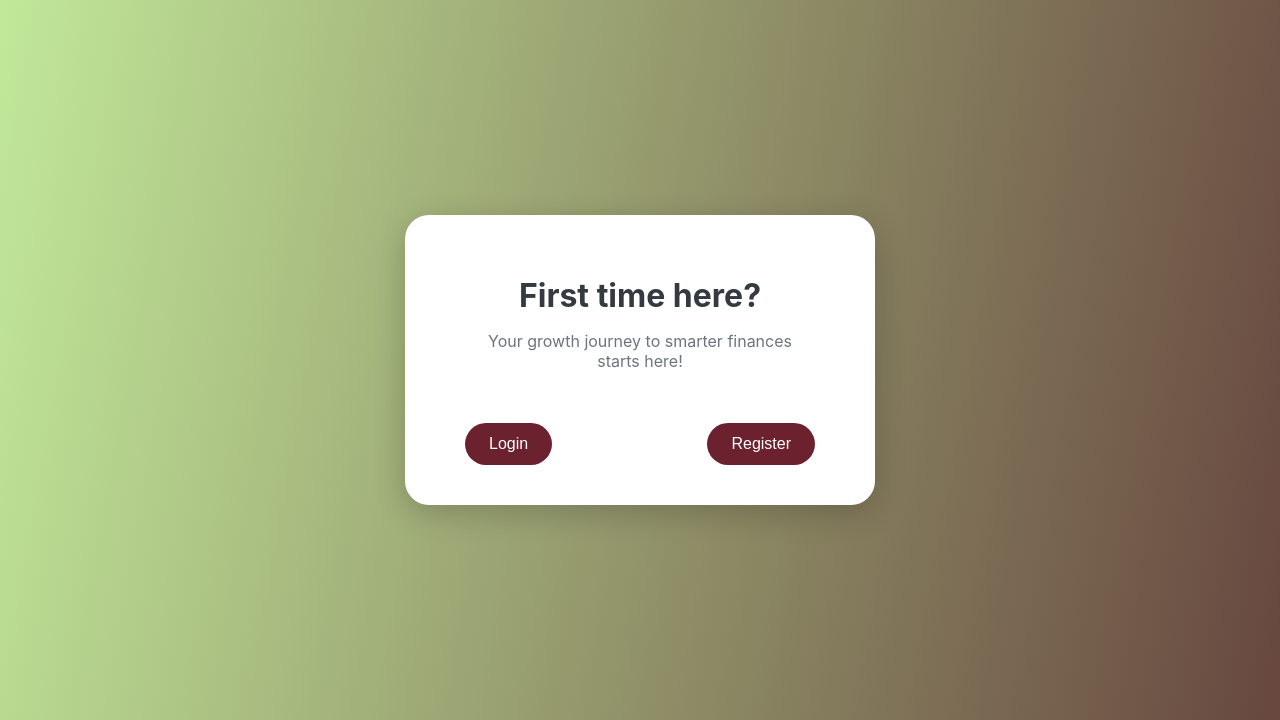
Repository: aab232/https---github.com-aab232-Deferred-Payment-Platform
Page: / (app in frontend/)
An editor plug-in stored every save of this project. The page is shown before and after the next save, followed by the edit.
The browser window is 1280 px wide. The pictures show the whole page.
The project was rebuilt for these pictures with package versions that can differ from the ones it lists, and the page was loaded fresh each time. Also part of the build but not shown: frontend/src/components/Register.js, frontend/src/components/Login.js, frontend/src/components/Main.js.

Above is the page before, as saved 2025-03-19 13:43:08.

### frontend/src/App.js
import React from 'react';
import { BrowserRouter as Router, Routes, Route } from 'react-router-dom';
import Home from './components/Home';
import Register from './components/Register';
import Login from './components/Login';
import Main from './components/Main';

const App = () => {
  return (
    <Router>
      <Routes>
        <Route path="/" element={<Home />} />
        <Route path="/login" element={<Login />} />
        <Route path="/register" element={<Register />} />
        <Route path="/main" element={<Main />} />
      </Routes>
    </Router>
  );
};

export default App;

### frontend/src/components/Home.js
import React from 'react';
import { useNavigate } from 'react-router-dom';
import './Home.css';

const Home = () => {
  const navigate = useNavigate();

  return (
    <div className="container">
      <div className="card">
        <h1>First time here?</h1>
        <p>Your growth journey to smarter finances starts here!</p>
        <div className="button-group">
          <button onClick={() => navigate('/login')} className="btn">Login</button>
          <button onClick={() => navigate('/register')} className="btn">Register</button>
        </div>
      </div>
    </div>
  );
};

export default Home;

### frontend/src/components/Home.css
.container {
    display: flex;
    justify-content: center;
    align-items: center;
    height: 100vh; /* Full viewport height */
    background: linear-gradient(135deg, #252f3b, #252d3b); /* Elegant gradient */
  }

  .card {
    text-align: center;
    background: #fff;
    padding: 40px 60px;
    border-radius: 24px;
    box-shadow: 0 8px 32px rgba(0, 0, 0, 0.2);
    max-width: 350px;
    width: 100%;
  }

  h1 {
    margin-bottom: 16px;
    font-size: 28px;
    color: #252f3b;
  }

  p {
    margin-bottom: 32px;
    font-size: 16px;
    color: #555;
  }

  .button-group {
    display: flex;
    justify-content: space-between;
  }

  .btn {
    padding: 12px 24px;
    font-size: 16px;
    border: none;
    border-radius: 30px; /* Rounded buttons */
    cursor: pointer;
    transition: background 0.3s ease;
    color: white;
    background: #252f3b;
  }

  .btn:hover {
    background: #252f3b; /* Button hover effect */
  }

### frontend/src/components/Form.css
.container {
    display: flex;
    justify-content: center;
    align-items: center;
    height: 100vh;
    background: linear-gradient(100deg, #C1E899, #67473f);
  }

  .form-card {
    background: white;
    padding: 40px 60px;
    border-radius: 24px;
    box-shadow: 0 8px 32px rgba(0, 0, 0, 0.2);
    max-width: 400px;
    width: 100%;
    text-align: center;
  }

  h2 {
    color: #252f3b;
  }

  input {
    display: block;
    width: 100%;
    margin: 10px 0;
    padding: 12px;
    border: 1px solid #ddd;
    border-radius: 30px;
  }

  .btn {
    padding: 12px 24px;
    margin-top: 20px;
    border-radius: 30px;
    border: none;
    color: white;
    background: #6b212e;
    cursor: pointer;
  }

  .btn:hover {
    background: #a41b34;
  }

  .link {
    color: #6b212e;
    cursor: pointer;
  }

### frontend/src/components/Main.css
.main-container {
    display: flex;
    flex-direction: column;
    align-items: center;
    justify-content: center;
    height: 100vh;
    background: #f8f9fa;
  }

  .taskbar {
    position: absolute;
    top: 20px;
    right: 40px;
    display: flex;
    gap: 20px;
  }

  .tab {
    cursor: pointer;
    padding: 8px 16px;
    border-radius: 8px;
    transition: background 0.3s ease;
  }

  .tab:hover {
    background: #007bff;
    color: white;
  }

  .logout {
    color: red;
  }

  h1 {
    font-size: 2rem;
    color: #343a40;
  }

  p {
    color: #6c757d;
  }

Loaded but not shown: frontend/public/index.html (common file); frontend/src/index.js (common file); frontend/src/index.css (common file)

After the next save:
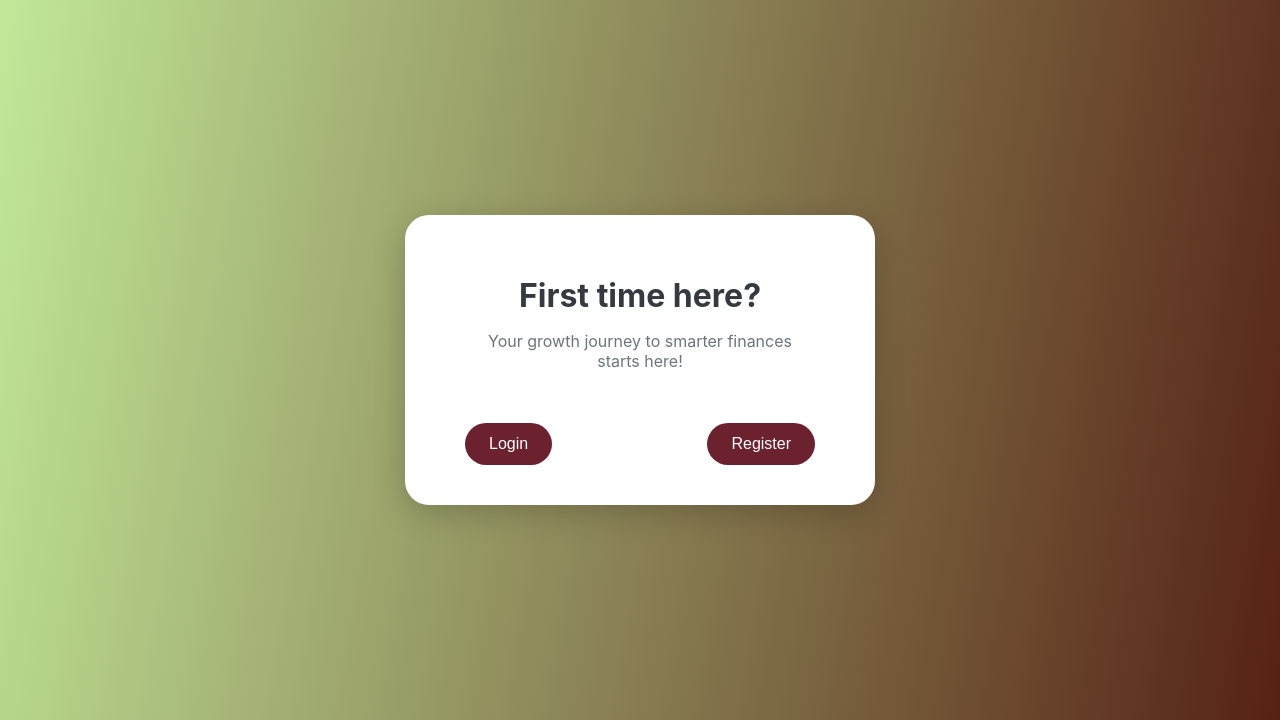
Saved 10 s later.
--- a/frontend/src/components/Form.css
+++ b/frontend/src/components/Form.css
@@ -3,7 +3,7 @@
     justify-content: center;
     align-items: center;
     height: 100vh;
-    background: linear-gradient(100deg, #C1E899, #67473f);
+    background: linear-gradient(100deg, #C1E899, #562114);
   }
 
   .form-card {
